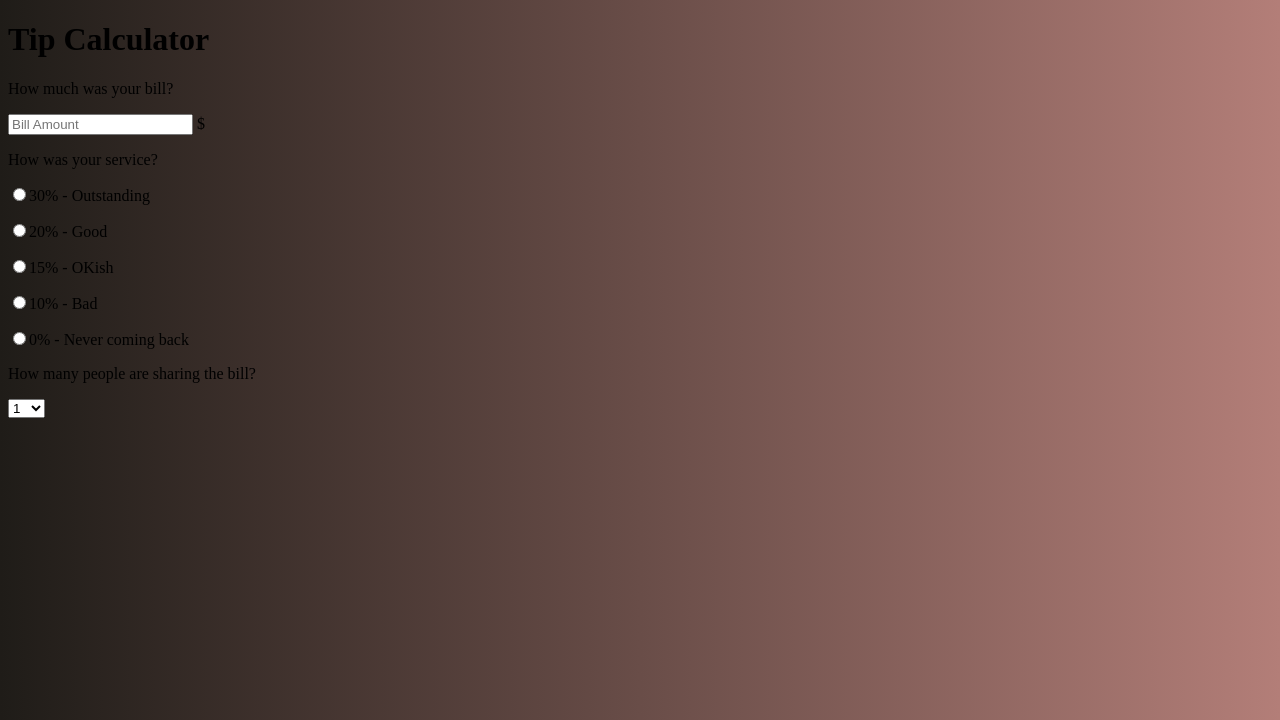
Repository: NiutaR/tip-calculator
Page: index.html
The author's editor kept a copy of each file at every save. The page is drawn from the files as they stood at one save, then again after the next save.
The browser window is 1280 px wide. The pictures show the whole page.

Above is the page before, as saved 2021-07-24 17:05:56.

After the next save:
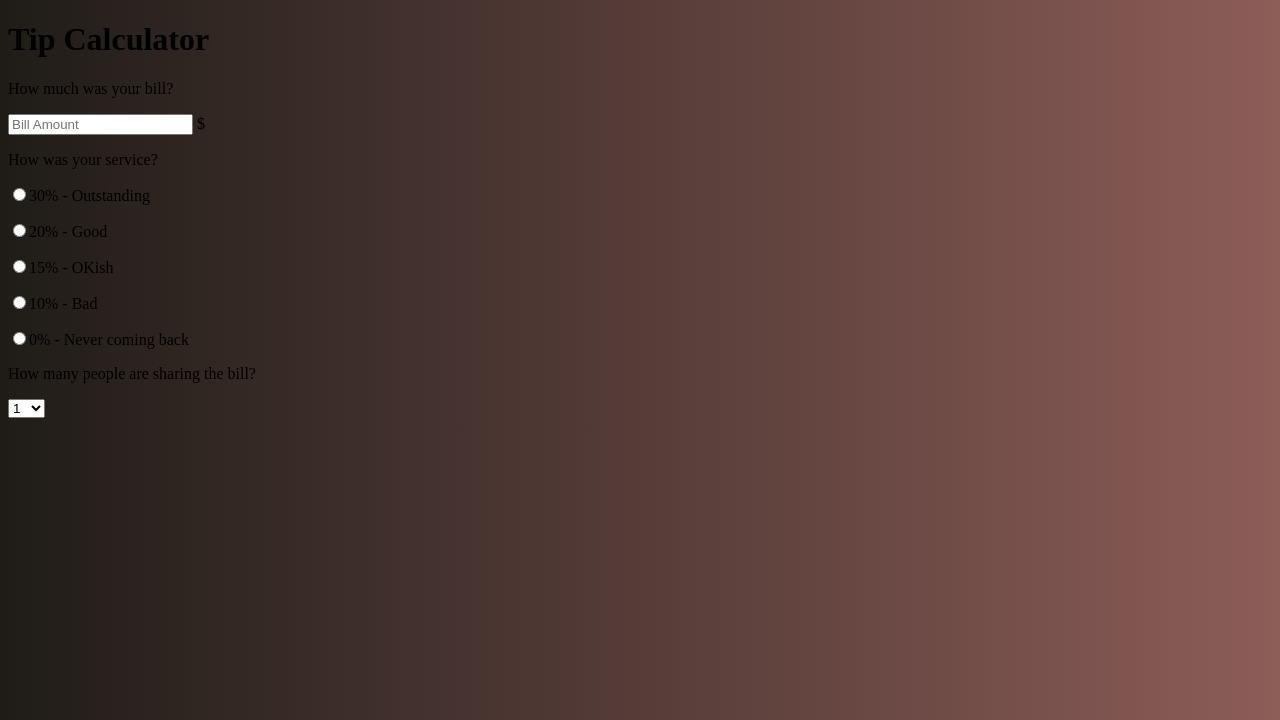
Saved 6 s later.
--- a/style.css
+++ b/style.css
@@ -2,7 +2,7 @@ body {
     background: coral;
     background: -webkit-linear-gradient(to left, #8d817f, #cecac5);
     /* Chrome 10-25, Safari 5.1-6 */
-    background: linear-gradient(to left, #b37e78, #1F1C18);
+    background: linear-gradient(to left, #8d5d58, #1F1C18);
 }
 #container {
 
